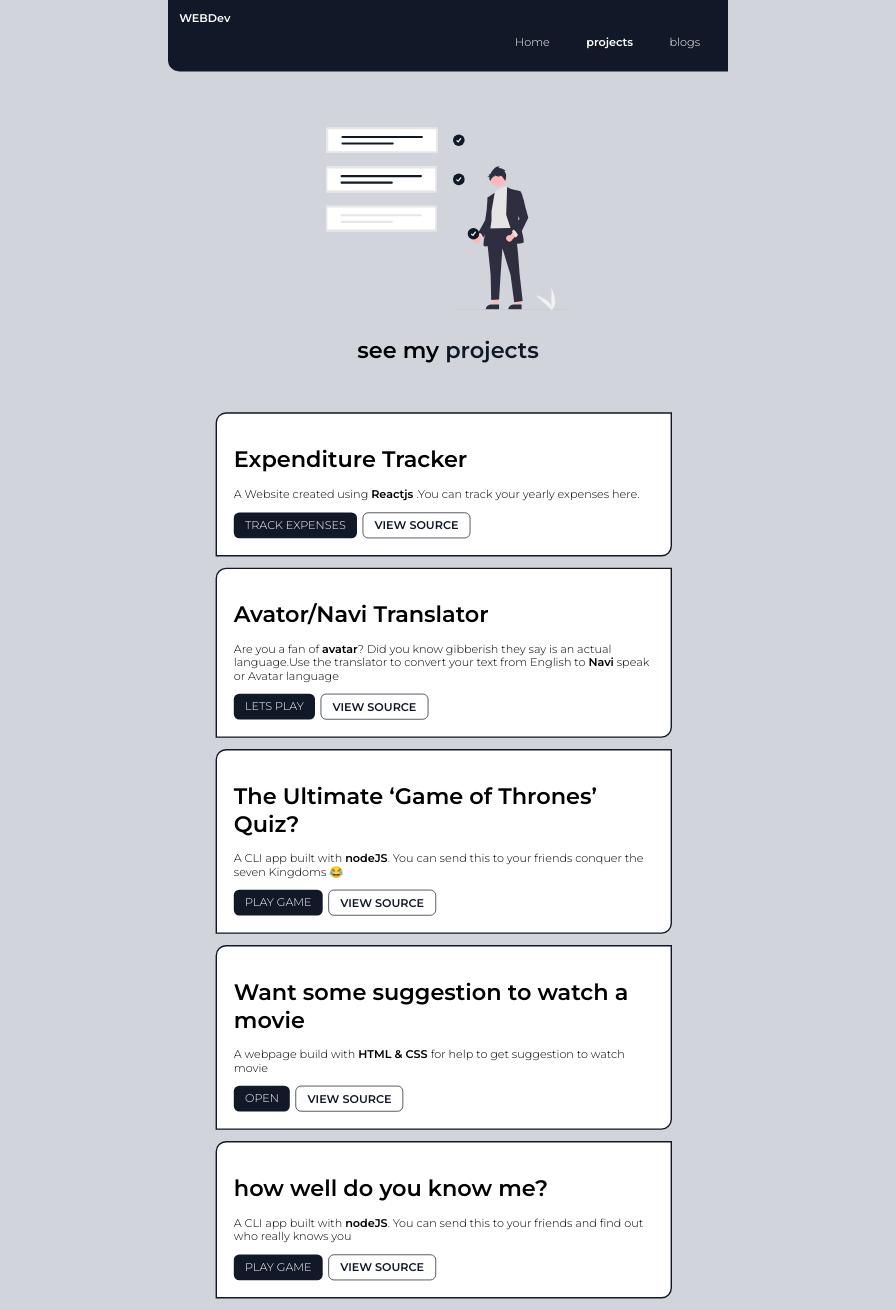
Repository: sohan2503001/Portfolio
Page: projects.html
These files come from the project's save history. The page is drawn as it stood at one moment and after the next save; the edit follows.
The browser window is 1280 px wide. The pictures show the whole page, at 70% of full size.

Above is the page before, as saved 2021-05-26 12:18:09.

After the next save:
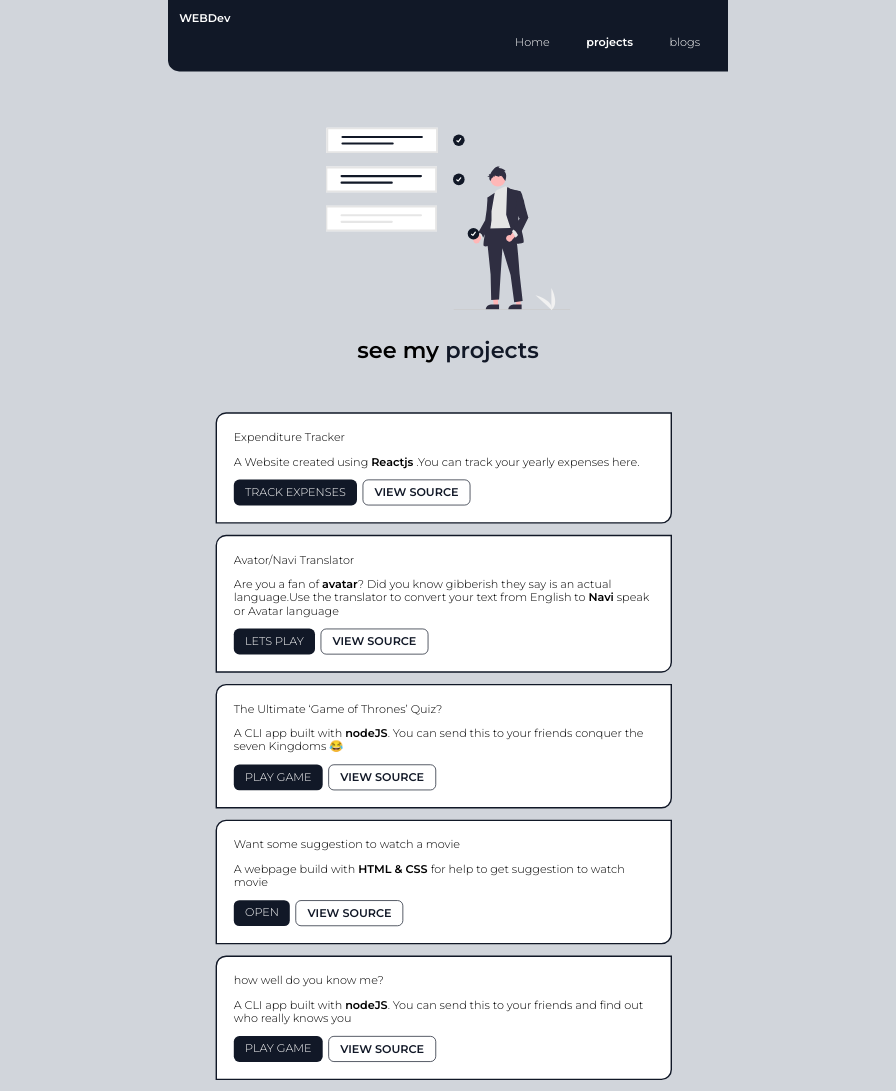
Saved 62 s later.
--- a/projects.html
+++ b/projects.html
@@ -38,7 +38,7 @@
 
     <div class="container container-center box-contain">
       <li>
-        <h1>Expenditure Tracker</h1>
+        <h 1>Expenditure Tracker</h1>
         <p>
           A Website created using <strong>Reactjs</strong> .You can track your yearly expenses here.
         </p>
@@ -55,7 +55,7 @@
 
     <div class="container container-center box-contain">
       <li>
-        <h1>Avator/Navi Translator </h1>
+        <h 1>Avator/Navi Translator </h1>
         <p>
           Are you a fan of <strong>avatar</strong>? Did you know gibberish they say is an actual
           language.Use the translator to convert your text from English to <strong>Navi</strong>
@@ -74,7 +74,7 @@
 
     <div class="container container-center box-contain">
       <li>
-        <h1>The Ultimate ‘Game of Thrones’ Quiz?</h1>
+        <h 1>The Ultimate ‘Game of Thrones’ Quiz?</h1>
         <p>
           A CLI app built with <strong>nodeJS</strong>. You can send this to
           your friends conquer the seven Kingdoms 😂
@@ -91,7 +91,7 @@
 
     <div class="container container-center box-contain">
       <li>
-        <h1>Want some suggestion to watch a movie</h1>
+        <h 1>Want some suggestion to watch a movie</h1>
         <p>
           A webpage build with <strong>HTML & CSS </strong> for help to get suggestion to watch movie
         </p>
@@ -107,7 +107,7 @@
 
     <div class="container container-center box-contain">
       <li>
-        <h1>how well do you know me?</h1>
+        <h 1>how well do you know me?</h1>
         <p>
           A CLI app built with <strong>nodeJS</strong>. You can send this to
           your friends and find out who really knows you

After the save that followed:
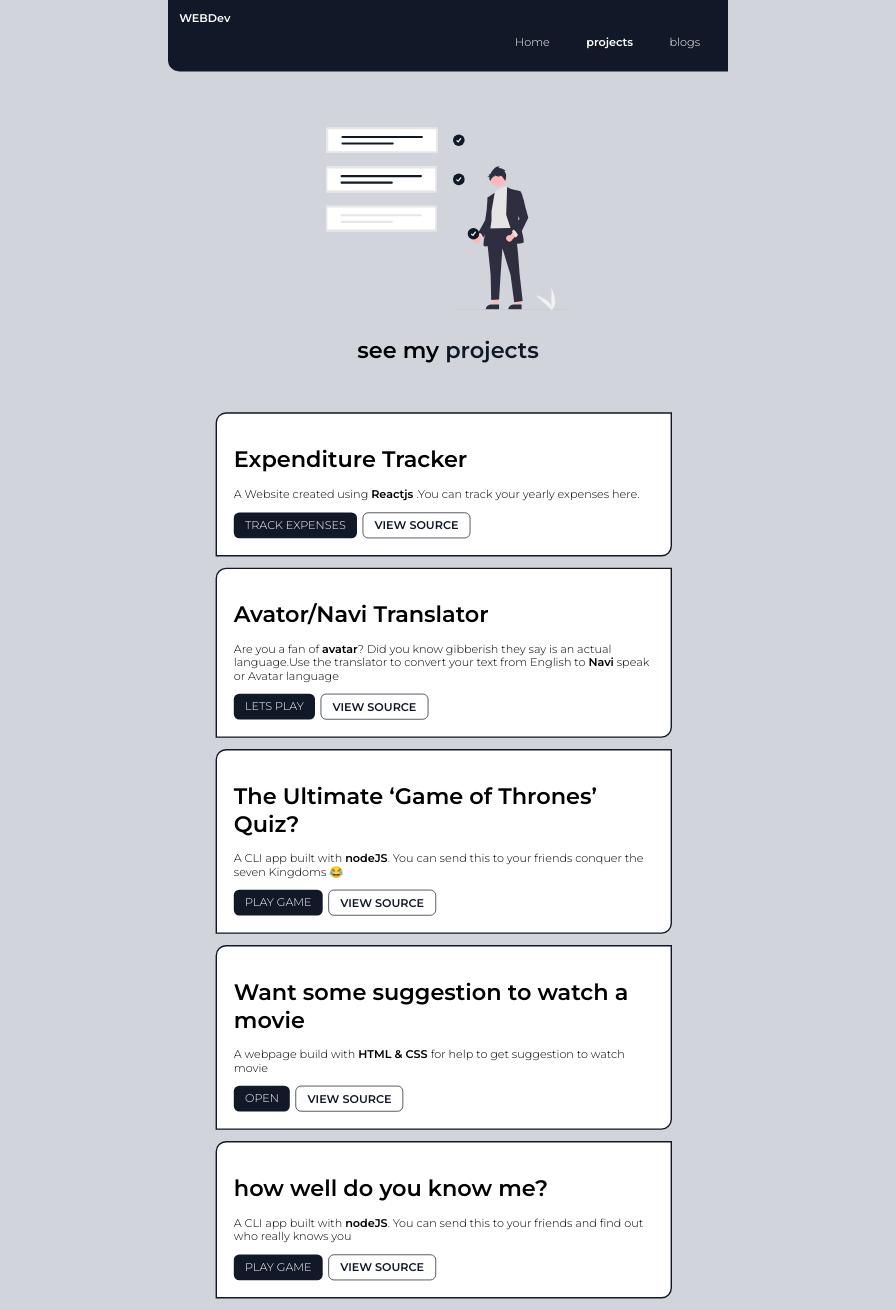
Saved 4 s later.
--- a/projects.html
+++ b/projects.html
@@ -38,7 +38,7 @@
 
     <div class="container container-center box-contain">
       <li>
-        <h 1>Expenditure Tracker</h1>
+        <h1 class="">Expenditure Tracker</h1>
         <p>
           A Website created using <strong>Reactjs</strong> .You can track your yearly expenses here.
         </p>
@@ -55,7 +55,7 @@
 
     <div class="container container-center box-contain">
       <li>
-        <h 1>Avator/Navi Translator </h1>
+        <h1 class="">Avator/Navi Translator </h1>
         <p>
           Are you a fan of <strong>avatar</strong>? Did you know gibberish they say is an actual
           language.Use the translator to convert your text from English to <strong>Navi</strong>
@@ -74,7 +74,7 @@
 
     <div class="container container-center box-contain">
       <li>
-        <h 1>The Ultimate ‘Game of Thrones’ Quiz?</h1>
+        <h1 class="">The Ultimate ‘Game of Thrones’ Quiz?</h1>
         <p>
           A CLI app built with <strong>nodeJS</strong>. You can send this to
           your friends conquer the seven Kingdoms 😂
@@ -91,7 +91,7 @@
 
     <div class="container container-center box-contain">
       <li>
-        <h 1>Want some suggestion to watch a movie</h1>
+        <h1 class="">Want some suggestion to watch a movie</h1>
         <p>
           A webpage build with <strong>HTML & CSS </strong> for help to get suggestion to watch movie
         </p>
@@ -107,7 +107,7 @@
 
     <div class="container container-center box-contain">
       <li>
-        <h 1>how well do you know me?</h1>
+        <h1 class="">how well do you know me?</h1>
         <p>
           A CLI app built with <strong>nodeJS</strong>. You can send this to
           your friends and find out who really knows you
